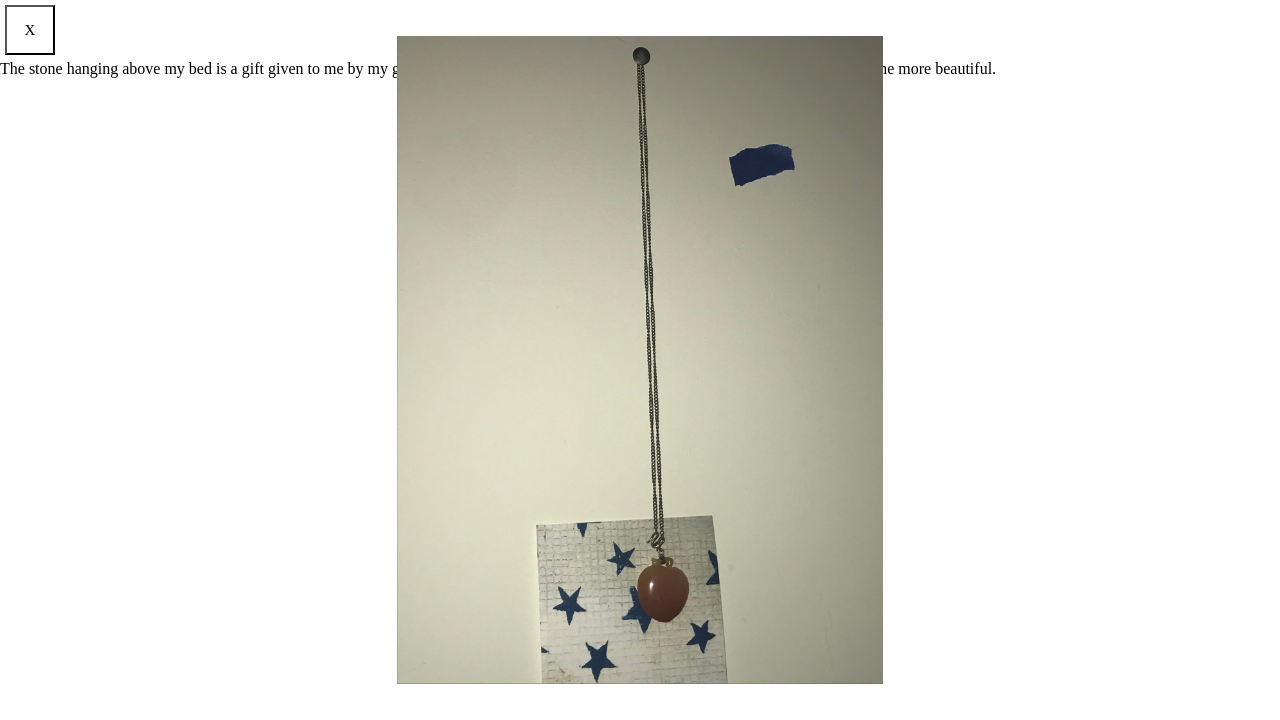
Repository: xuc009/assignment-4
Page: what.html
These files come from the project's save history. The page is drawn as it stood at one moment and after the next save; the edit follows.
The browser window is 1280 px wide. The pictures show the whole page.

Above is the page before, as saved 2019-12-11 16:20:50.
Console error: TypeError: Cannot read properties of null (reading 'addEventListener')

After the next save:
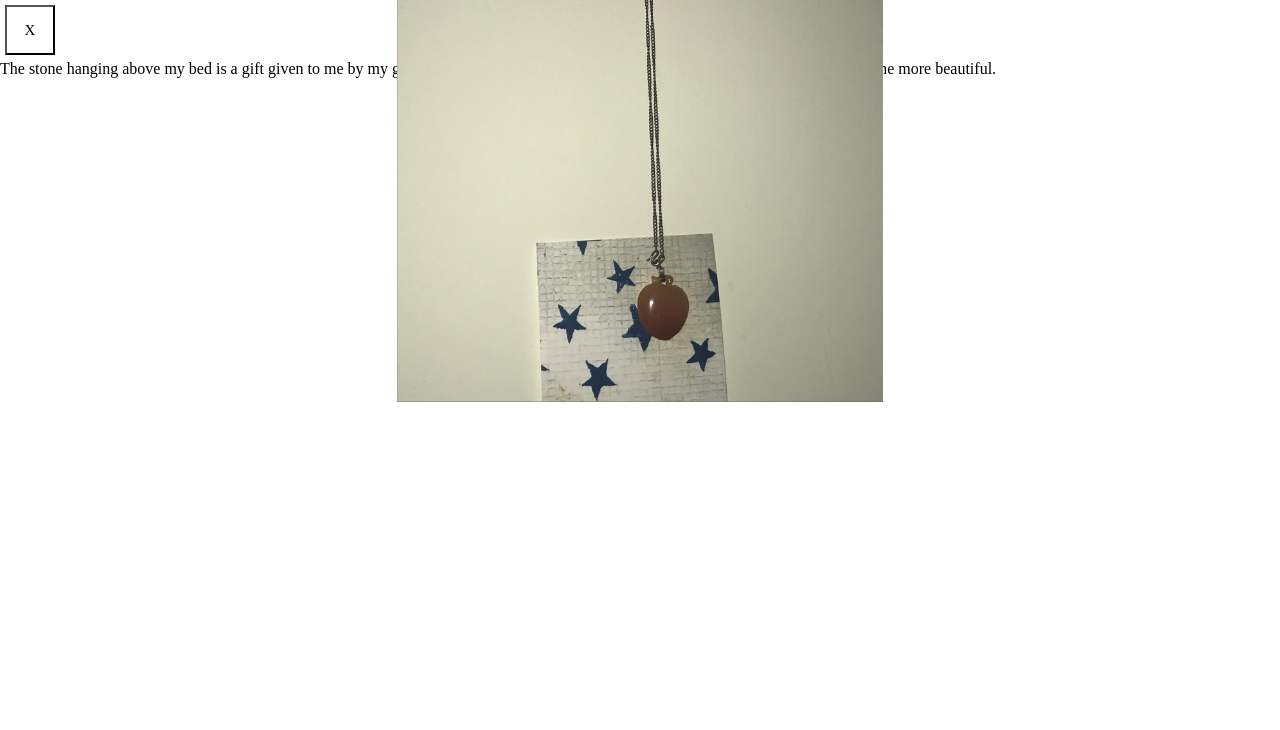
Saved 6 s later.
--- a/assets/style.css
+++ b/assets/style.css
@@ -34,7 +34,7 @@
 
 img{
 	height: 90vh;
-	position: absolute;
+	position: relative;
 	top: 50%;
 	left: 50%;
 	transform: translate(-50%, -50%);
